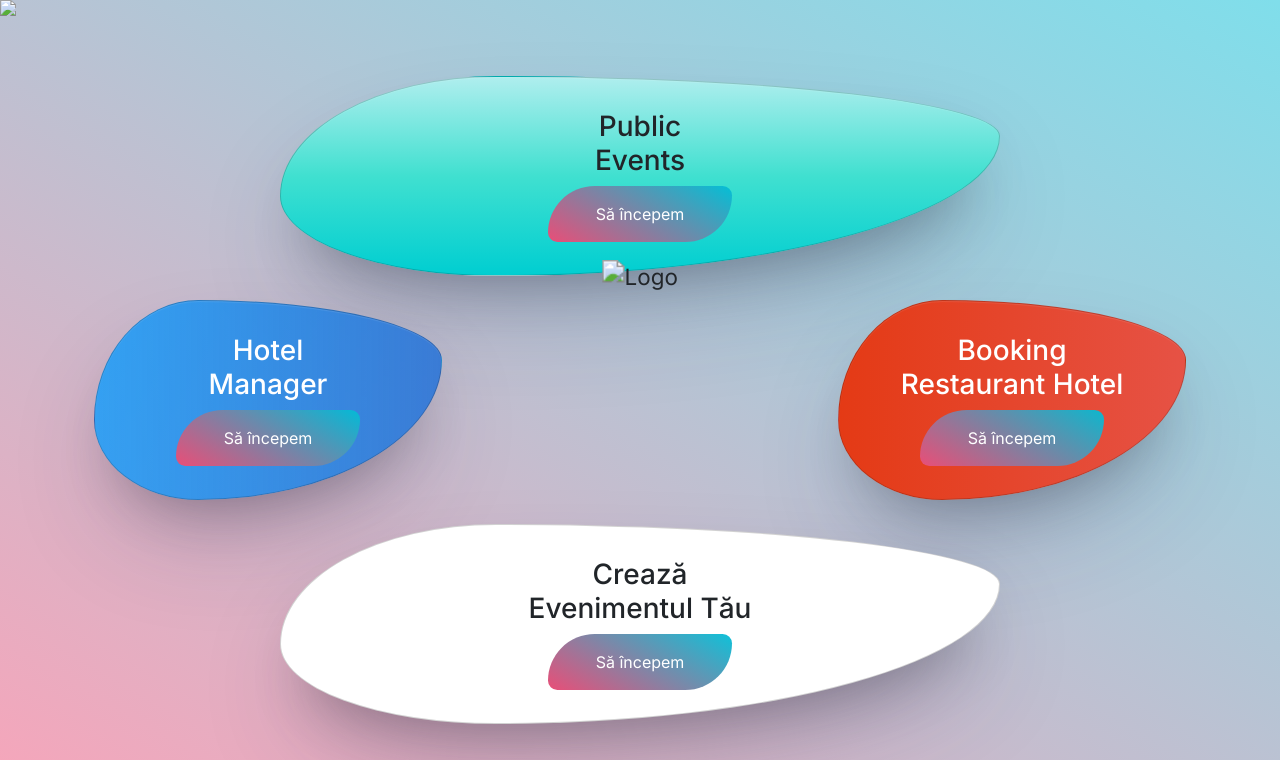
Repository: cosmin05072018/fantastic-events-manager
Page: http://localhost/
The author's editor kept a copy of each file at every save. The page is drawn from the files as they stood at one save, then again after the next save.
The browser window is 1280 px wide. The pictures show the whole page.
The page is served by the project's Laravel application, run on PHP 8.4 with Laravel 10.

Above is the page before, as saved 2024-11-03 15:18:41.
Console error: ReferenceError: particlesJS is not defined

After the next save:
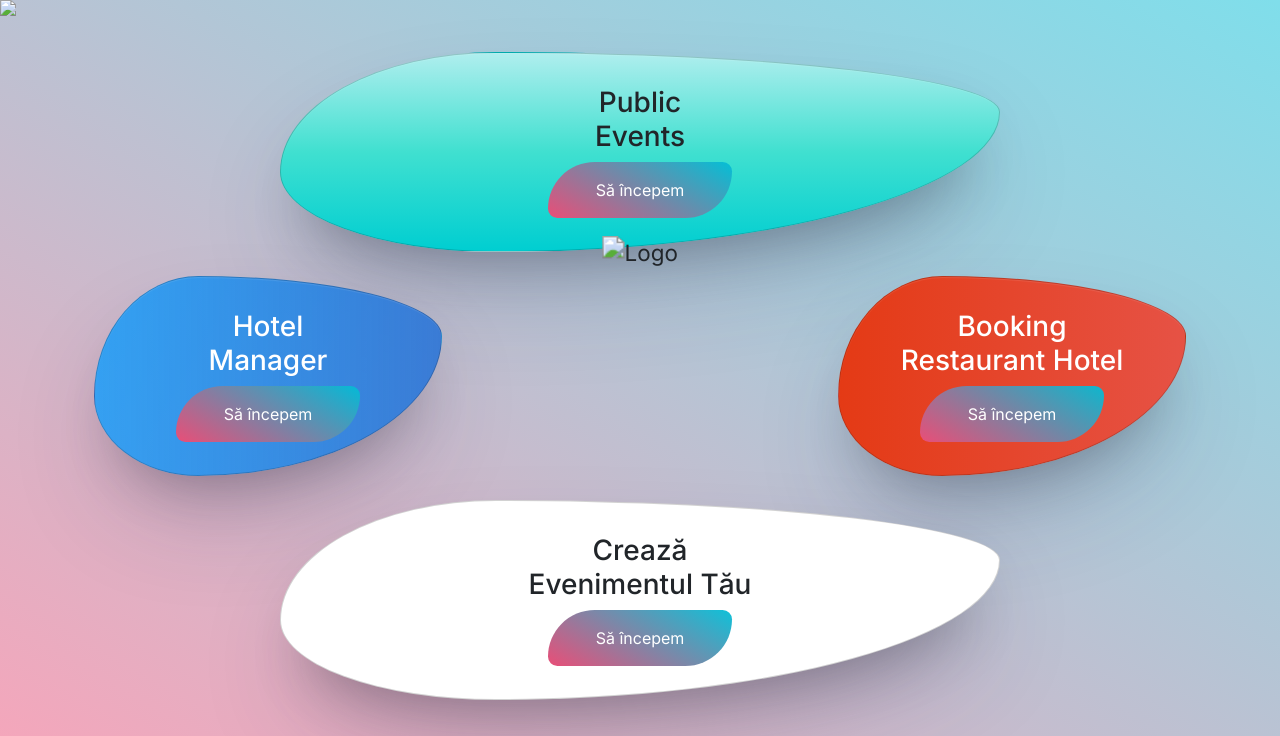
Saved 23 s later.
--- a/resources/views/startApp.blade.php
+++ b/resources/views/startApp.blade.php
@@ -838,8 +838,8 @@
 
 <body>
     <div id="loader">
-        <img src="....">
-    </div>
+        <img src="{{ asset('storage/logo.svg') }}">
+    </div>
     <!--
     <div
         class="relative sm:flex sm:justify-center sm:items-center min-h-screen bg-dots-darker bg-center bg-gray-100 dark:bg-dots-lighter dark:bg-gray-900 selection:bg-red-500 selection:text-white">
